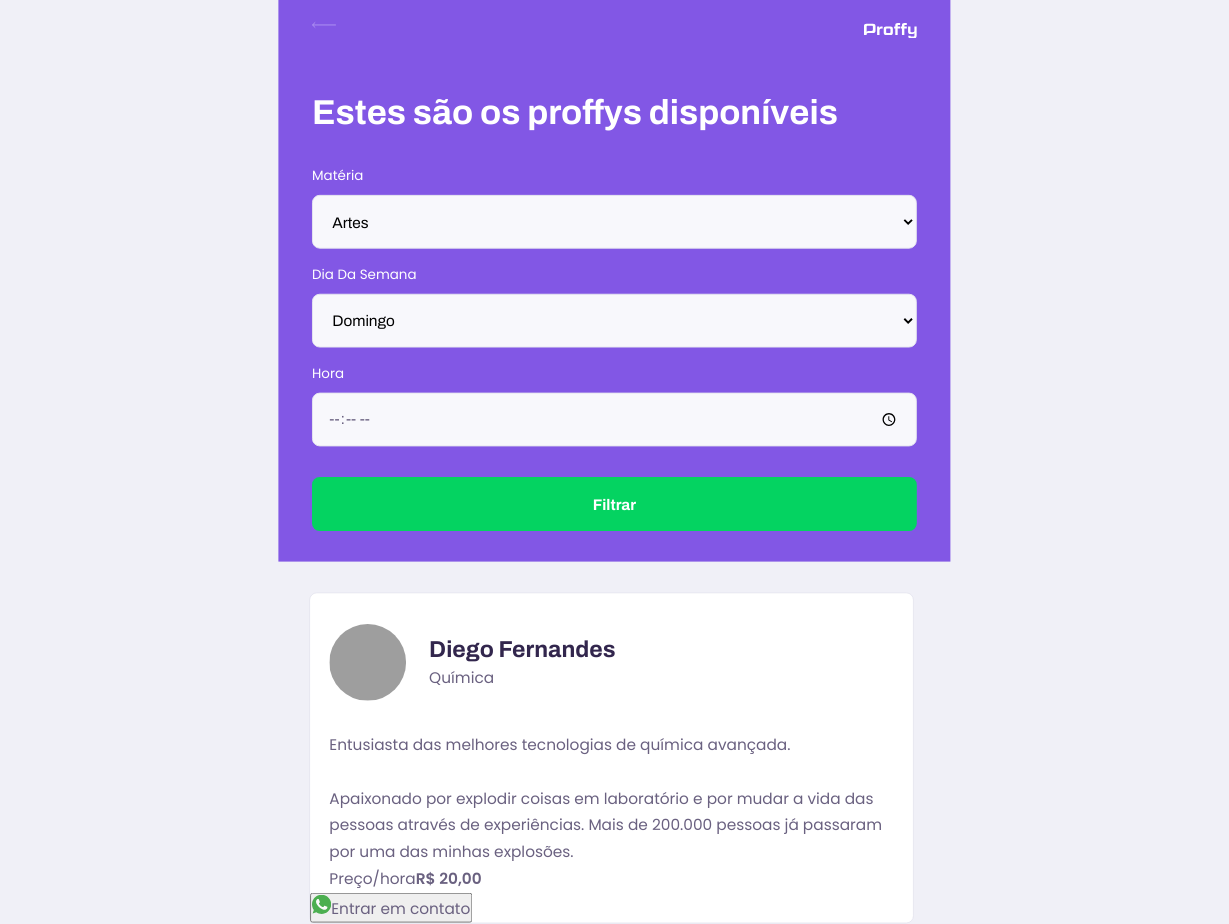
Repository: LukeVersus/NLW
Page: study.html
The author's editor kept a copy of each file at every save. The page is drawn from the files as they stood at one save, then again after the next save.
The browser window is 1280 px wide. The pictures show the whole page, at 96% of full size.
Pictures or frames that could not be fetched are drawn as grey boxes.

Above is the page before, as saved 2020-08-05 00:45:15.

After the next save:
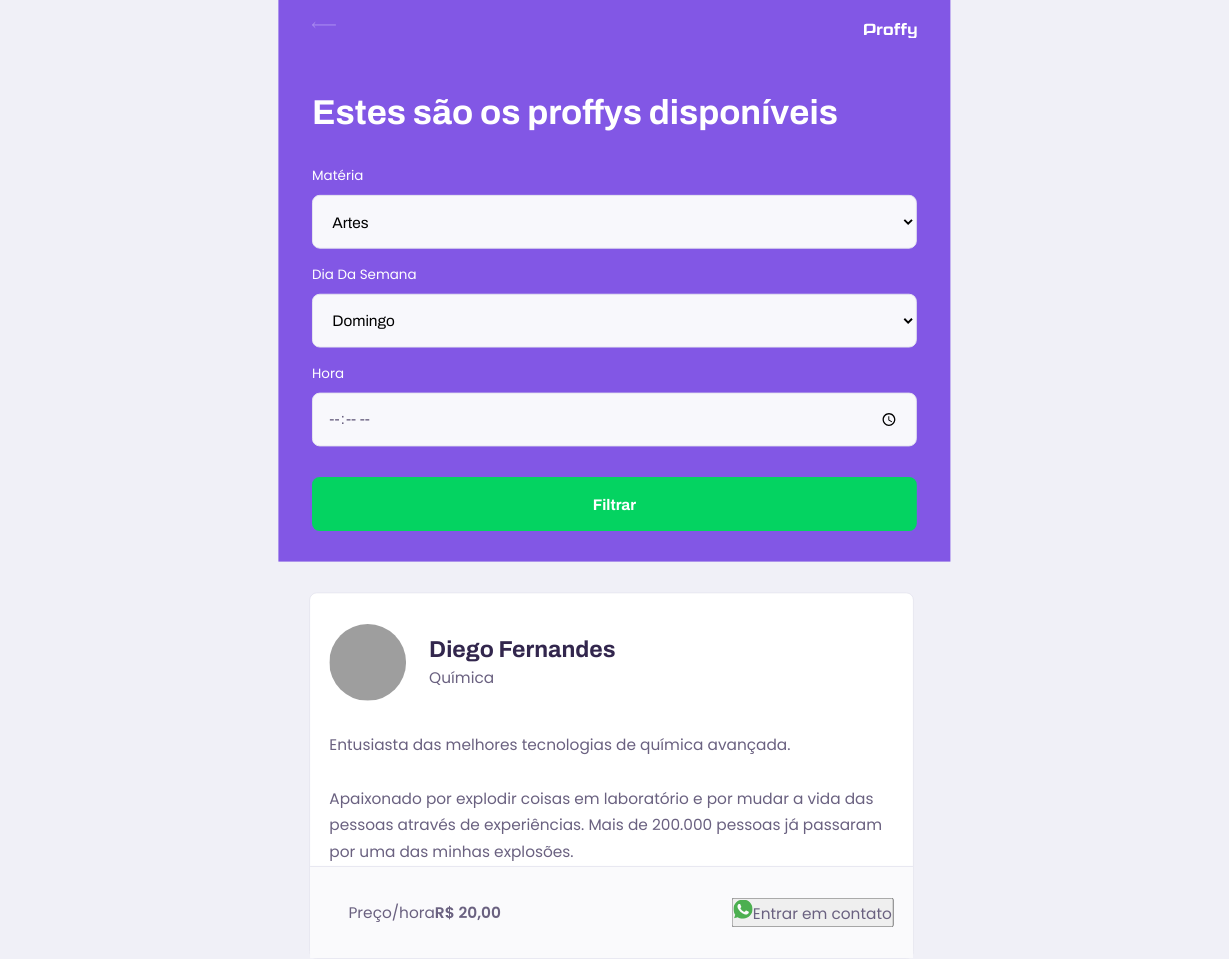
Saved 2 min 10 s later.
--- a/styles/partials/page-study.css
+++ b/styles/partials/page-study.css
@@ -156,5 +156,10 @@
 }
 
 .teacher-item footer{
-
+    padding: 3.2rem 2rem;
+    background-color: var(--color-box-footer);
+    border-top: 1px solid var(--color-line-in-white);
+    display: flex;
+    align-items: center;
+    justify-content: space-between;
 }
